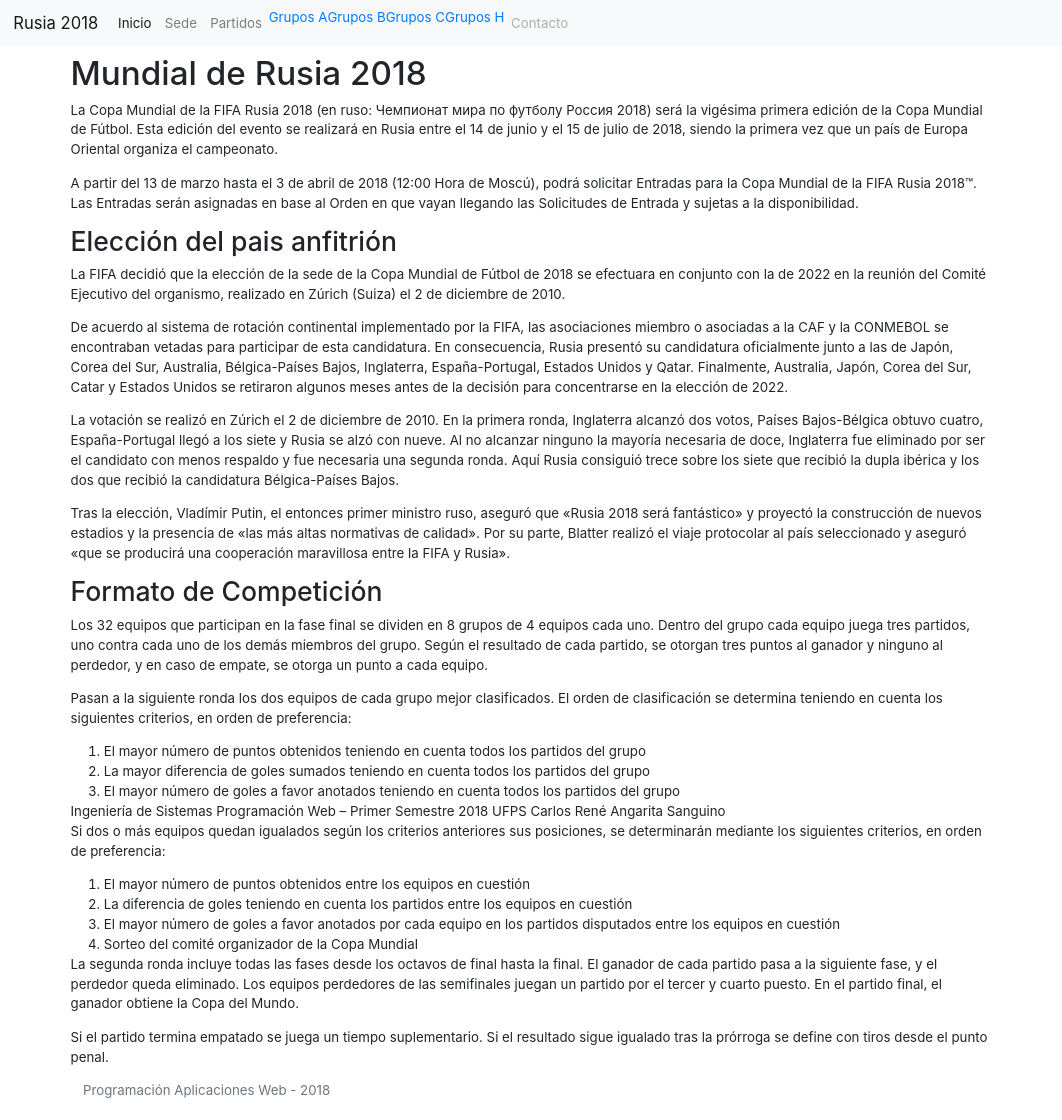
Repository: AndreyRi13/PracticaBootstrap
Page: index.html
The author's editor kept a copy of each file at every save. The page is drawn from the files as they stood at one save, then again after a run of saves.
The browser window is 1280 px wide. The pictures show the whole page, at 83% of full size.

Above is the page before, as saved 2020-09-24 16:33:32.
Console error (its wording comes from the project's code and is left out).

After the next 2 saves:
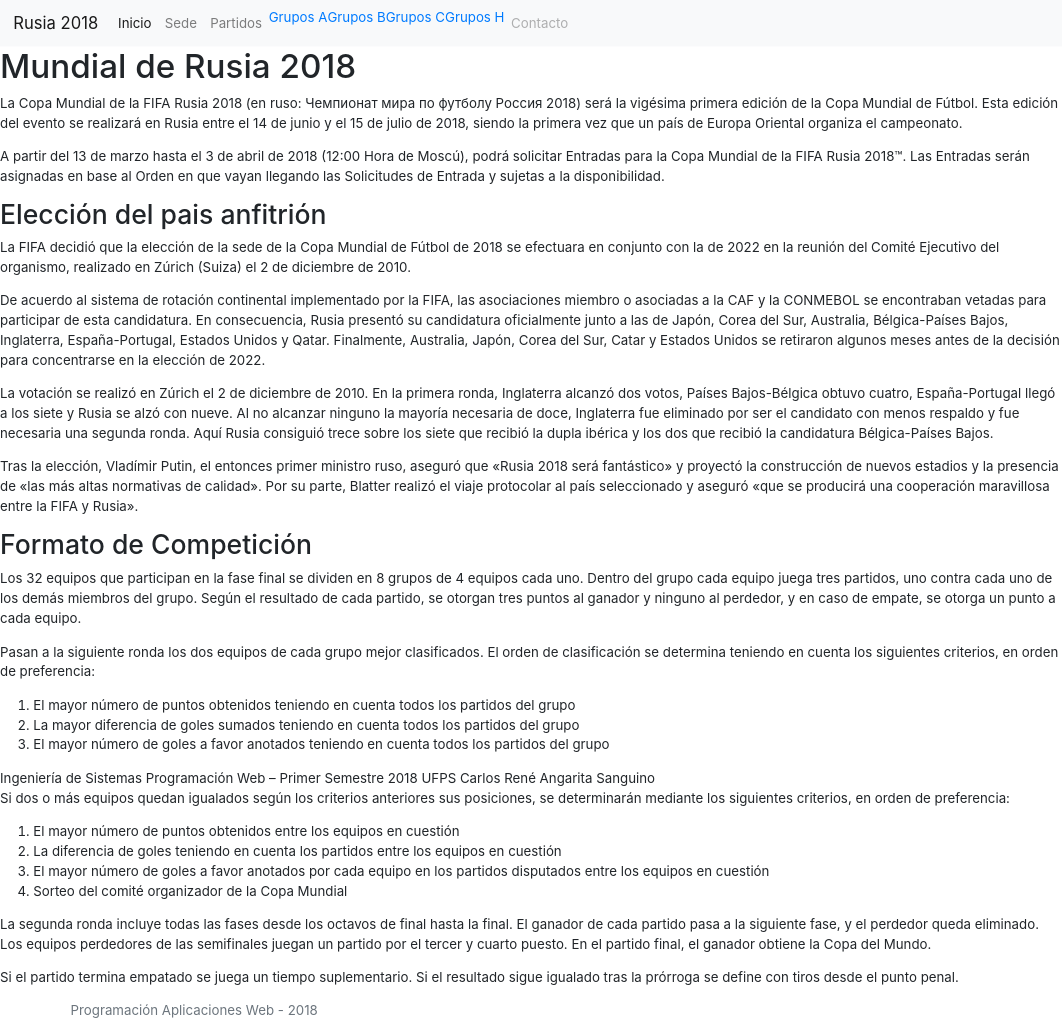
The 2 saves are shown as one change because they came seconds apart.
The last was saved 15 s later.
--- a/index.html
+++ b/index.html
@@ -50,15 +50,6 @@
           </ul>
         </div>
       </nav>
-
-    <nav class="navbar navbar-default">
-        <div class="container">
-        <div class="navbar-header">
-    <ul class="nav navbar-nav">
-
-
-
-
 
         <script src="https://ajax.googleapis.com/ajax/libs/jquery/1.12.4/jquery.min.js"></script>
 
